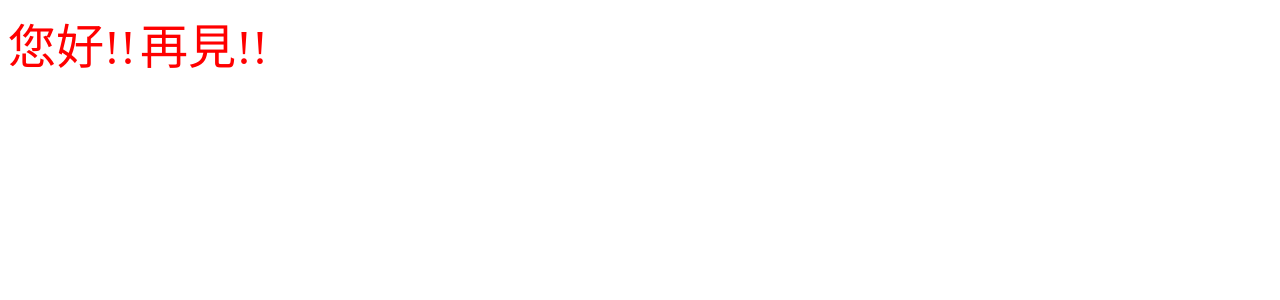
Repository: JunTingLin/web0620
Page: http://localhost/myWeb/testcustomizetag.jsp
An editor plug-in stored every save of this project. The page is shown before and after the next save, followed by the edit.
The browser window is 1280 px wide. The pictures show the whole page.
The page is served by Tomcat 9. Other server files are loaded and not shown.

Above is the page before, as saved 2022-06-25 16:17:29.

### myWeb/src/main/webapp/testcustomizetag.jsp
<%@ page language="java" contentType="text/html; charset=UTF-8"
    pageEncoding="UTF-8"%>
<%@ taglib prefix="junting" uri="http://www.junting.com.tw/tags" %>
<!DOCTYPE html>
<html>
<head>
<meta charset="UTF-8">
<title>Insert title here</title>
</head>
<body>
	<junting:hello/>

</body>
</html>

### myWeb/src/main/java/com/gjun/tags/HelloWorldTagHandler.java
package com.gjun.tags;



import java.io.IOException;

import javax.servlet.jsp.JspException;
import javax.servlet.jsp.JspWriter;
import javax.servlet.jsp.PageContext;
import javax.servlet.jsp.tagext.Tag;

public class HelloWorldTagHandler implements Tag{

	private PageContext pageContext;

	@Override
	public int doEndTag() throws JspException {
		JspWriter out = this.pageContext.getOut();
		try {
			out.println("<font size='7' color='red'>再見!!</font>");
		} catch (IOException e) {
			// TODO Auto-generated catch block
			e.printStackTrace();
		}
		return Tag.EVAL_PAGE;
	}

	@Override
	public int doStartTag() throws JspException {
		JspWriter out = this.pageContext.getOut();
		try {
			out.println("<font size='7' color='red'>您好!!</font>");
		} catch (IOException e) {
			// TODO Auto-generated catch block
			e.printStackTrace();
		}
		return Tag.EVAL_PAGE;
	}

	@Override
	public Tag getParent() {
		// TODO Auto-generated method stub
		return null;
	}

	@Override
	public void release() {
		// TODO Auto-generated method stub

	}

	@Override
	public void setPageContext(PageContext pageContext) {
		this.pageContext=pageContext;

	}

	@Override
	public void setParent(Tag t) {
		// TODO Auto-generated method stub

	}

}

### myWeb/src/main/java/com/gjun/tags/WhoHelloTagHandler.java
package com.gjun.tags;

import java.io.IOException;
import java.io.PrintWriter;

import javax.servlet.jsp.JspException;
import javax.servlet.jsp.JspWriter;
import javax.servlet.jsp.PageContext;
import javax.servlet.jsp.tagext.TagSupport;

public class WhoHelloTagHandler extends TagSupport{
	private String who;
	private String information;
	public String getWho() {
		return who;
	}
	public void setWho(String who) {
		this.who = who;
	}
	public String getInformation() {
		return information;
	}
	public void setInformation(String information) {
		this.information = information;
	}
	@Override
	public int doStartTag() throws JspException {
		PageContext pageContext = this.pageContext;
		JspWriter out = pageContext.getOut();
		String msg=String.format("<font size='7' color='red'>%s 說了...%s</font>",who,information);
		try {
			out.println(msg);
		} catch (IOException e) {
			// TODO Auto-generated catch block
			e.printStackTrace();
		}
		return EVAL_PAGE;
	}

}

After the next save:
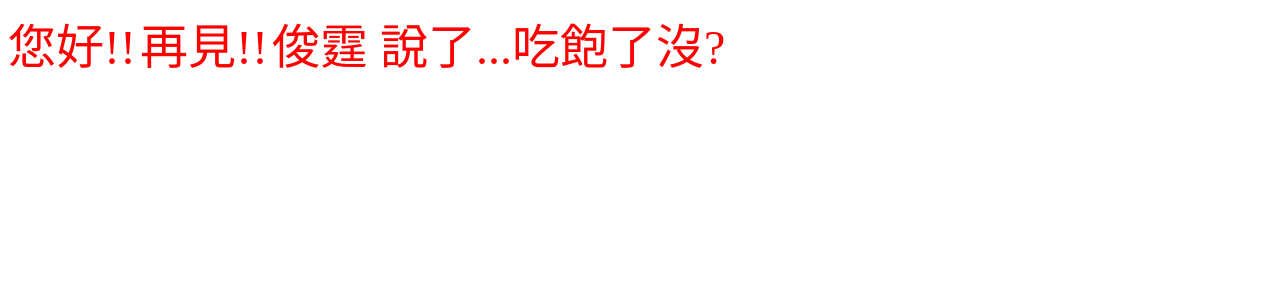
Saved 8 min 2 s later.
--- a/myWeb/src/main/webapp/testcustomizetag.jsp
+++ b/myWeb/src/main/webapp/testcustomizetag.jsp
@@ -9,6 +9,6 @@
 </head>
 <body>
 	<junting:hello/>
-
+	<junting:whoHello information="吃飽了沒?" who="俊霆"/>
 </body>
 </html>
